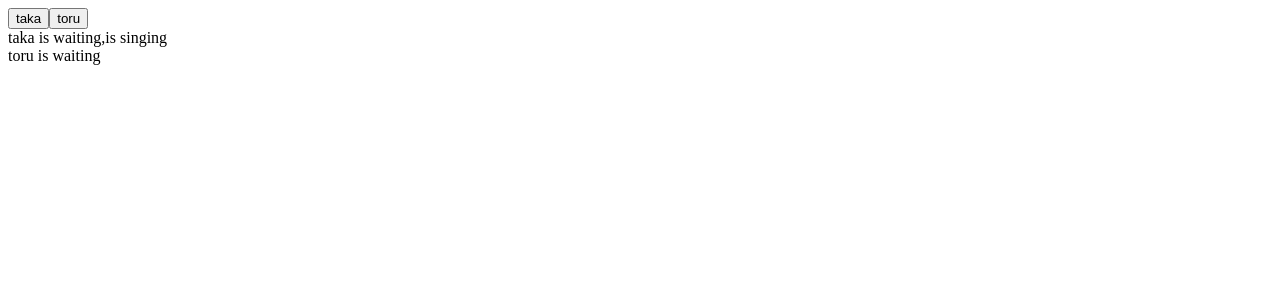
Repository: fuuka10969/react
Page: / (app in demo/react-hooks/demo01/)
These files come from the project's save history. The page is drawn as it stood at one moment and after the next save; the edit follows.
The browser window is 1280 px wide. The pictures show the whole page.
The project was rebuilt for these pictures with package versions that can differ from the ones it lists, and the page was loaded fresh each time.

Above is the page before, as saved 2021-02-11 16:28:22.

After the next save:
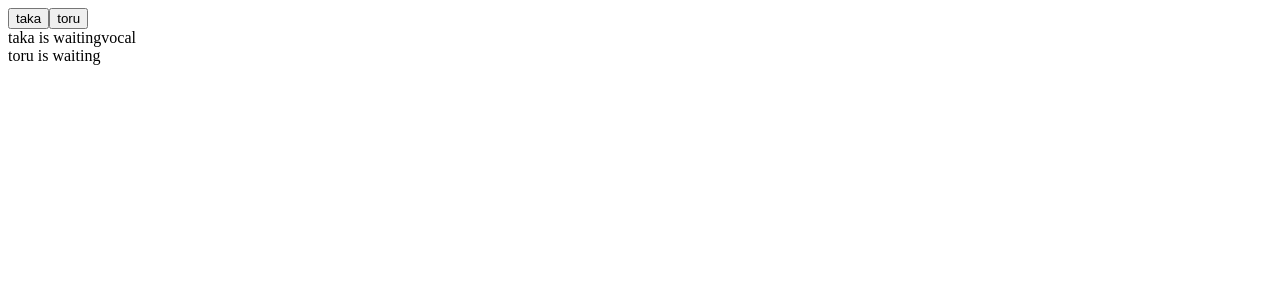
Saved 23 s later.
--- a/demo/react-hooks/demo01/src/Example7.js
+++ b/demo/react-hooks/demo01/src/Example7.js
@@ -16,7 +16,7 @@ function Example7(){
 function ChildComponent({name,children}){
   function changeTaka(name){
       console.log('taka is singing')
-      return name+',is singing'
+      return name+'vocal'
   }
 
   const actionTaka = useMemo(()=>changeTaka(name),[name])
